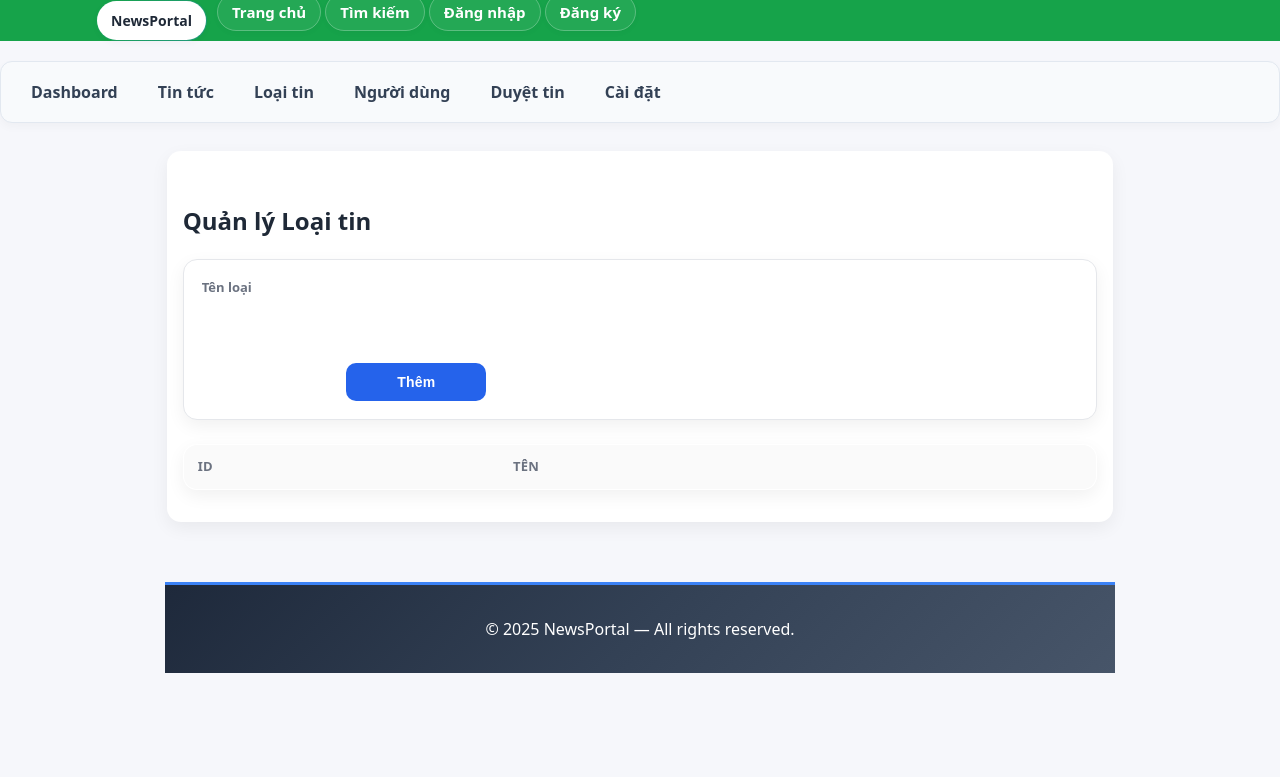
Repository: minhtvpy00202-git/Assignment_PY00202_MinhTV
Page: http://localhost/NewsPortal_PY00202/WEB-INF/views/admin/categories.jsp
The author's editor kept a copy of each file at every save. The page is drawn from the files as they stood at one save, then again after the next save.
The browser window is 1280 px wide. The pictures show the whole page.
The page is served by Tomcat 10. Nobody is signed in. Other server files are loaded and not shown. The template is opened directly, without the code that normally fills it, so the values that code supplies are empty.

Above is the page before, as saved 2025-10-09 11:51:10.

### Assignment_NewsPortal/NewsPortal_PY00202/src/main/webapp/WEB-INF/views/admin/categories.jsp
<%@ page contentType="text/html; charset=UTF-8" pageEncoding="UTF-8"%>
<%@ taglib prefix="c" uri="jakarta.tags.core" %>
<%@ include file="../layout/header.jsp" %>
<jsp:include page="../layout/admin-sidebar.jsp"/>
<link rel="stylesheet" href="${pageContext.request.contextPath}/assets/css/admin-users.css">
<main class="container admin-main">
<main class="container">
  <section class="content">
    <h1>Quản lý Loại tin</h1>

    <form class="form" method="post" action="${pageContext.request.contextPath}/admin/categories/create">
      <div class="grid" style="grid-template-columns:1fr 200px; gap:12px">
        <div>
          <label>Tên loại</label>
          <input name="name" required>
        </div>
        <div class="actions" style="align-items:end">
          <button class="btn" type="submit">Thêm</button>
        </div>
      </div>
    </form>

    <table class="table mt-24">
      <thead><tr><th>ID</th><th>Tên</th><th></th></tr></thead>
      <tbody>
        <c:forEach var="c" items="${categories}">
          <tr>
            <td>${c.id}</td>
            <td>${c.name}</td>
            <td class="actions">
              <a href="${pageContext.request.contextPath}/admin/categories/edit?id=${c.id}">Sửa</a>
              <a href="${pageContext.request.contextPath}/admin/categories/delete?id=${c.id}">Xóa</a>
            </td>
          </tr>
        </c:forEach>
      </tbody>
    </table>
  </section>
</main>
<main class="container admin-main">
<%@ include file="../layout/footer.jsp" %>

### Assignment_NewsPortal/NewsPortal_PY00202/src/main/webapp/WEB-INF/views/layout/header.jsp
<%@ page contentType="text/html; charset=UTF-8" pageEncoding="UTF-8"%>
<%@ taglib prefix="c" uri="jakarta.tags.core"%>
<!DOCTYPE html>
<html lang="vi">
<head>
<meta charset="UTF-8">
<title><c:out
		value="${pageTitle != null ? pageTitle : 'NewsPortal'}" /></title>
<link rel="stylesheet"
	href="${pageContext.request.contextPath}/assets/css/style.css">
<link rel="stylesheet" href="${pageContext.request.contextPath}/assets/css/admin-users.css">

</head>
<body>
	<header>
		<div class="container nav">
			<a class="brand" href="${pageContext.request.contextPath}/home">
				<span class="dot"></span> <span>NewsPortal</span>
			</a>
			<nav class="menu">
				<a href="${pageContext.request.contextPath}/home">Trang chủ</a>
				<c:forEach var="cata" items="${categories}">
					<a href="${pageContext.request.contextPath}/category?id=${cata.id}">
						${cata.name} </a>
				</c:forEach>
				<a href="${pageContext.request.contextPath}/search">Tìm kiếm</a>
				<c:choose>
					<c:when test="${not empty sessionScope.user}">
						<c:if test="${sessionScope.user.role}">
							<a href="${pageContext.request.contextPath}/admin/dashboard">Quản
								trị</a>
						</c:if>
						<c:if test="${!sessionScope.user.role}">
							<a href="${pageContext.request.contextPath}/reporter/dashboard">Bảng
								điều khiển</a>
						</c:if>
						<a href="${pageContext.request.contextPath}/logout">Đăng xuất</a>
					</c:when>
					<c:otherwise>
						<a href="${pageContext.request.contextPath}/login">Đăng nhập</a>
						<a href="${pageContext.request.contextPath}/register">Đăng ký</a>
					</c:otherwise>
				</c:choose>
			</nav>
		</div>
	</header>

### Assignment_NewsPortal/NewsPortal_PY00202/src/main/webapp/WEB-INF/views/layout/footer.jsp
<%@ page contentType="text/html; charset=UTF-8" pageEncoding="UTF-8"%>
<footer>
  <div class="container">
    © <script>document.write(new Date().getFullYear())</script> NewsPortal — All rights reserved.
  </div>
</footer>
</body>
</html>

### Assignment_NewsPortal/NewsPortal_PY00202/src/main/webapp/WEB-INF/views/layout/admin-sidebar.jsp
<%@ page contentType="text/html; charset=UTF-8" pageEncoding="UTF-8"%>
<nav class="subnav">
  <a href="${pageContext.request.contextPath}/admin/dashboard">Dashboard</a>
  <a href="${pageContext.request.contextPath}/admin/news">Tin tức</a>
  <a href="${pageContext.request.contextPath}/admin/categories">Loại tin</a>
  <a href="${pageContext.request.contextPath}/admin/users">Người dùng</a>
  <a href="${pageContext.request.contextPath}/admin/news-approve">Duyệt tin</a>
  <a href="${pageContext.request.contextPath}/admin/settings">Cài đặt</a>
</nav>

### Assignment_NewsPortal/NewsPortal_PY00202/src/main/webapp/assets/css/admin-users.css
@charset "UTF-8";

/* ====== Admin Users — Clean CSS ====== */
/* Màu chủ đạo xanh lá*/
:root{
  --bg: #f7f9fb;
  --card: #ffffff;
  --text: #1f2937;
  --muted: #6b7280;
  --primary: #16a34a;
  --primary-600:#15803d;
  --accent: #10b981;
  --danger: #ef4444;
  --danger-600:#dc2626;
  --ring: rgba(16,185,129,.25);
  --border: #e5e7eb;
  --shadow: 0 8px 24px rgba(0,0,0,.06);
}

@media (prefers-color-scheme: dark){
  :root{
    --bg: #0b1220;
    --card: #0f172a;
    --text: #e5e7eb;
    --muted: #94a3b8;
    --primary: #22c55e;
    --primary-600:#16a34a;
    --accent: #34d399;
    --danger: #f87171;
    --danger-600:#ef4444;
    --ring: rgba(52,211,153,.25);
    --border: #1f2a44;
    --shadow: 0 10px 24px rgba(0,0,0,.35);
  }
}

/* Tổng thể */
html,body{
  background: var(--bg);
  color: var(--text);
  font-family: system-ui, -apple-system, Segoe UI, Roboto, Helvetica, Arial, "Apple Color Emoji", "Segoe UI Emoji", "Segoe UI Symbol";
  line-height: 1.5;
}

/* Tiêu đề */
h2{
  font-size: clamp(20px, 2.4vw, 28px);
  font-weight: 800;
  letter-spacing: -0.02em;
  margin: 16px 0 20px;
  display: inline-flex;
  align-items: center;
  gap: 10px;
}
h2::after{
  content:"";
  display:inline-block;
  width: 46px;
  height: 6px;
  border-radius: 999px;
  background: linear-gradient(90deg, var(--primary), var(--accent));
}

/* Hàng người dùng */
.user-row.card{
  display: grid;
  grid-template-columns: 1fr auto;
  align-items: center;
  gap: 16px;
  padding: 16px 18px;
  border: 1px solid var(--border);
  border-radius: 16px;
  background: var(--card);
  box-shadow: var(--shadow);
  transition: transform .18s ease, box-shadow .18s ease, border-color .18s ease;
  will-change: transform;
  margin-bottom: 12px;
}
.user-row.card:hover{
  transform: translateY(-2px);
  box-shadow: 0 14px 36px rgba(0,0,0,.10);
  border-color: rgba(16,185,129,.35);
}

/* Khối thông tin người dùng (bên trái) */
.user-row > div{
  display: flex;
  flex-wrap: wrap;
  align-items: center;
  gap: 8px 12px;
  min-width: 0;
}
.user-row strong{
  font-weight: 700;
}
.user-row strong + span,
.user-row strong + .badge,
.user-row strong + .badge + .badge{
  margin-left: 6px;
}
.user-row .muted{ color: var(--muted); }

.badge{
  display: inline-flex;
  align-items: center;
  gap: 6px;
  padding: 4px 10px;
  border-radius: 999px;
  font-size: 12px;
  font-weight: 700;
  letter-spacing: .2px;
  background: rgba(16,185,129,.08);
  color: var(--primary);
  border: 1px solid rgba(16,185,129,.20);
}
.badge.active{
  background: rgba(34,197,94,.10);
  color: #16a34a;
  border-color: rgba(34,197,94,.22);
}
.badge.inactive{
  background: rgba(148,163,184,.12);
  color: #64748b;
  border-color: rgba(148,163,184,.28);
}

.actions{
  display: flex;
  flex-wrap: wrap;
  align-items: center;
  gap: 8px;
  justify-content: flex-end;
  margin: 0;
}

/* Button base */
.btn{
  --btn-bg: var(--primary);
  --btn-bg-h: var(--primary-600);
  --btn-fg: #fff;
  --btn-bd: transparent;

  appearance: none;
  border: 1px solid var(--btn-bd);
  background: var(--btn-bg);
  color: var(--btn-fg);
  padding: 10px 14px;
  border-radius: 12px;
  font-weight: 700;
  font-size: 14px;
  letter-spacing: .2px;
  cursor: pointer;
  transition: transform .12s ease, filter .12s ease, background .12s ease, border-color .12s ease;
  outline: none;
}

/* Ghost (nền trong suốt, viền) */
.btn.ghost{
  --btn-bg: transparent;
  --btn-fg: var(--text);
  --btn-bd: var(--border);
  background: linear-gradient(var(--card), var(--card)) padding-box,
              linear-gradient(135deg, rgba(16,185,129,.45), rgba(59,130,246,.35)) border-box;
  border: 1px solid transparent;
}
.btn.ghost:hover{
  filter: brightness(1.02);
}

/* Danger */
.btn.danger{
  --btn-bg: var(--danger);
  --btn-bg-h: var(--danger-600);
}
.btn:hover{
  transform: translateY(-1px);
  filter: brightness(1.03);
  background: var(--btn-bg-h);
}
.btn:active{
  transform: translateY(0);
  filter: none;
}

.btn[disabled], .btn:disabled{
  opacity: .55;
  cursor: not-allowed;
  transform: none;
  filter: none;
}


.btn:focus-visible, .badge:focus-visible, .user-row.card:focus-within{
  box-shadow: 0 0 0 3px var(--ring);
}


.actions input[type="hidden"]{ display:none; }


.user-row.card:last-of-type{ margin-bottom: 24px; }

/* Responsive */
@media (max-width: 900px){
  .user-row.card{
    grid-template-columns: 1fr;
    gap: 12px;
  }
  .actions{
    justify-content: flex-start;
  }
}
@media (max-width: 520px){
  .btn{ padding: 9px 12px; font-size: 13px; }
  .badge{ font-size: 11px; padding: 3px 8px; }
  .user-row > div{ gap: 6px 10px; }
}


main, .container, .content{

  max-width: 1100px;
  margin-inline: auto;
  padding-inline: 16px;
}

/* Thanh điều hướng phụ trong admin */
.subnav {
  display: flex;
  flex-wrap: wrap;
  gap: 12px 20px;
  background: #f8fafc;
  border: 1px solid #e2e8f0;
  border-radius: 12px;
  padding: 12px 20px;
  margin: 20px 0 28px;
  box-shadow: 0 4px 10px rgba(0,0,0,0.03);
}

.subnav a {
  text-decoration: none;
  color: #334155;
  font-weight: 600;
  padding: 6px 10px;
  border-radius: 8px;
  transition: all .2s ease;
}

.subnav a:hover {
  color: #16a34a;
  background-color: rgba(22,163,74,0.08);
}


.subnav a.active {
  color: #fff;
  background-color: #16a34a;
}


@media (max-width: 600px) {
  .subnav {
    flex-direction: column;
    align-items: flex-start;
    gap: 8px;
    padding: 14px;
  }
  .subnav a {
    width: 100%;
    padding: 8px 12px;
  }
}

/* Màu & token cơ bản */
:root {
  --bg: #f6f7fb;
  --card: #ffffff;
  --text: #1f2937;
  --muted: #6b7280;
  --primary: #16a34a;      /* xanh lá dịu */
  --primary-600: #15803d;
  --danger: #ef4444;
  --danger-600: #dc2626;
  --border: #e5e7eb;
  --shadow: 0 6px 18px rgba(0,0,0,.06);
  --radius: 14px;
  --focus: 0 0 0 3px rgba(22,163,74,.25);
}

/* Nền tổng thể */
body { background: var(--bg); color: var(--text); }

/* Container chính */
main.container {
  max-width: 1100px;
  margin: 28px auto 60px;
  padding: 0 18px;
}

/* Tiêu đề trang */
main.container > h2 {
  font-size: 28px;
  font-weight: 800;
  letter-spacing: .2px;
  margin: 0 0 18px;
}

/* ===== Form CRUD ===== */
.form {
  background: var(--card);
  border: 1px solid var(--border);
  border-radius: var(--radius);
  box-shadow: var(--shadow);
  padding: 18px;
  display: grid;
  grid-template-columns: 1fr 1fr;
  gap: 14px 18px;
  margin-bottom: 22px;
}

.form label {
  font-size: 13px;
  color: var(--muted);
  display: block;
  margin-bottom: 6px;
}

.form input[type="text"],
.form input[type="email"],
.form input[type="password"],
.form input[type="file"],
.form select,
.form textarea {
  width: 100%;
  font-size: 15px;
  color: var(--text);
  background: #fcfcfd;
  border: 1px solid var(--border);
  border-radius: 10px;
  padding: 10px 12px;
  outline: none;
  transition: box-shadow .15s ease, border-color .15s ease, background .15s ease;
}

.form textarea { min-height: 160px; grid-column: 1 / -1; }

.form input:focus,
.form select:focus,
.form textarea:focus {
  border-color: var(--primary);
  box-shadow: var(--focus);
  background: #fff;
}

/* Hàng nút hành động của form */
.form button,
.form .btn {
  align-self: start;
}

.form .btn + .btn { margin-left: 8px; }

/* Gộp nút “Hủy” ở bên phải nếu có */
.form a.btn { text-decoration: none; }

/* Trải dài toàn bộ form cho 1 số trường */
.form [name="title"],
.form [name="thumbnail"] { grid-column: 1 / -1; }

/* ===== Buttons ===== */
.btn {
  display: inline-flex;
  align-items: center;
  gap: 8px;
  height: 38px;
  padding: 0 14px;
  border-radius: 10px;
  border: 1px solid transparent;
  background: var(--primary);
  color: #fff;
  font-weight: 600;
  cursor: pointer;
  transition: transform .04s ease, background .15s ease, box-shadow .15s ease;
}

.btn:hover { background: var(--primary-600); }
.btn:active { transform: translateY(1px); }
.btn.ghost {
  background: transparent;
  color: var(--primary);
  border-color: var(--primary);
}
.btn.ghost:hover { background: rgba(22,163,74,.08); }

.btn.danger {
  background: var(--danger);
}
.btn.danger:hover { background: var(--danger-600); }

/* ===== Table list ===== */
.table {
  width: 100%;
  border-collapse: collapse;
  background: var(--card);
  border: 1px solid var(--border);
  border-radius: var(--radius);
  box-shadow: var(--shadow);
  overflow: hidden; /* bo tròn header */
}

.table thead th {
  text-align: left;
  font-size: 13px;
  color: var(--muted);
  font-weight: 700;
  letter-spacing: .2px;
  background: #fafafa;
  border-bottom: 1px solid var(--border);
  padding: 12px 14px;
}

.table tbody td {
  padding: 14px;
  border-top: 1px solid var(--border);
  vertical-align: top;
}

.table tbody tr:hover { background: #fcfcff; }

/* Cột hành động */
.table td.actions {
  white-space: nowrap;
}

.table td.actions a {
  margin-right: 8px;
  text-decoration: none;
  color: var(--primary-600);
  font-weight: 600;
}

.table td.actions form { display: inline-block; }
.table td.actions button {
  height: 32px;
  padding: 0 12px;
  font-size: 13px;
  border-radius: 8px;
}

/* ===== Small helpers ===== */
.alert {
  padding: 10px 12px;
  border-radius: 10px;
  border: 1px solid var(--border);
  background: #fffbe6;
  color: #7c6a00;
  margin-bottom: 16px;
}

/* ===== Responsive ===== */
@media (max-width: 820px) {
  .form { grid-template-columns: 1fr; }
  .table thead { display: none; }
  .table, .table tbody, .table tr, .table td { display: block; width: 100%; }
  .table tr { border-bottom: 1px solid var(--border); }
  .table td { border: none; padding: 10px 14px; }
  .table td.actions { padding-bottom: 16px; }
}

Loaded but not shown: Assignment_NewsPortal/NewsPortal_PY00202/src/main/webapp/assets/css/style.css (1671 lines, source omitted)

After the next save:
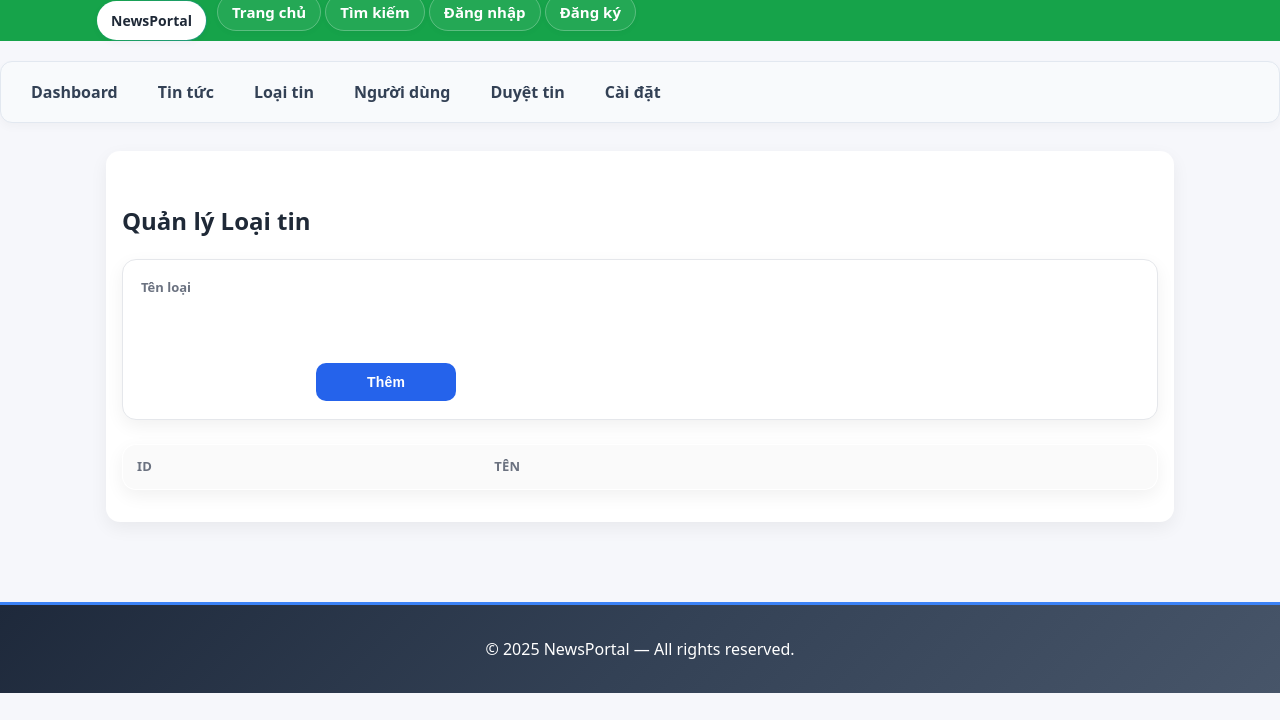
Saved 28 s later.
--- a/Assignment_NewsPortal/NewsPortal_PY00202/src/main/webapp/WEB-INF/views/admin/categories.jsp
+++ b/Assignment_NewsPortal/NewsPortal_PY00202/src/main/webapp/WEB-INF/views/admin/categories.jsp
@@ -3,8 +3,8 @@
 <%@ include file="../layout/header.jsp" %>
 <jsp:include page="../layout/admin-sidebar.jsp"/>
 <link rel="stylesheet" href="${pageContext.request.contextPath}/assets/css/admin-users.css">
+
 <main class="container admin-main">
-<main class="container">
   <section class="content">
     <h1>Quản lý Loại tin</h1>
 
@@ -37,5 +37,5 @@
     </table>
   </section>
 </main>
-<main class="container admin-main">
+
 <%@ include file="../layout/footer.jsp" %>
